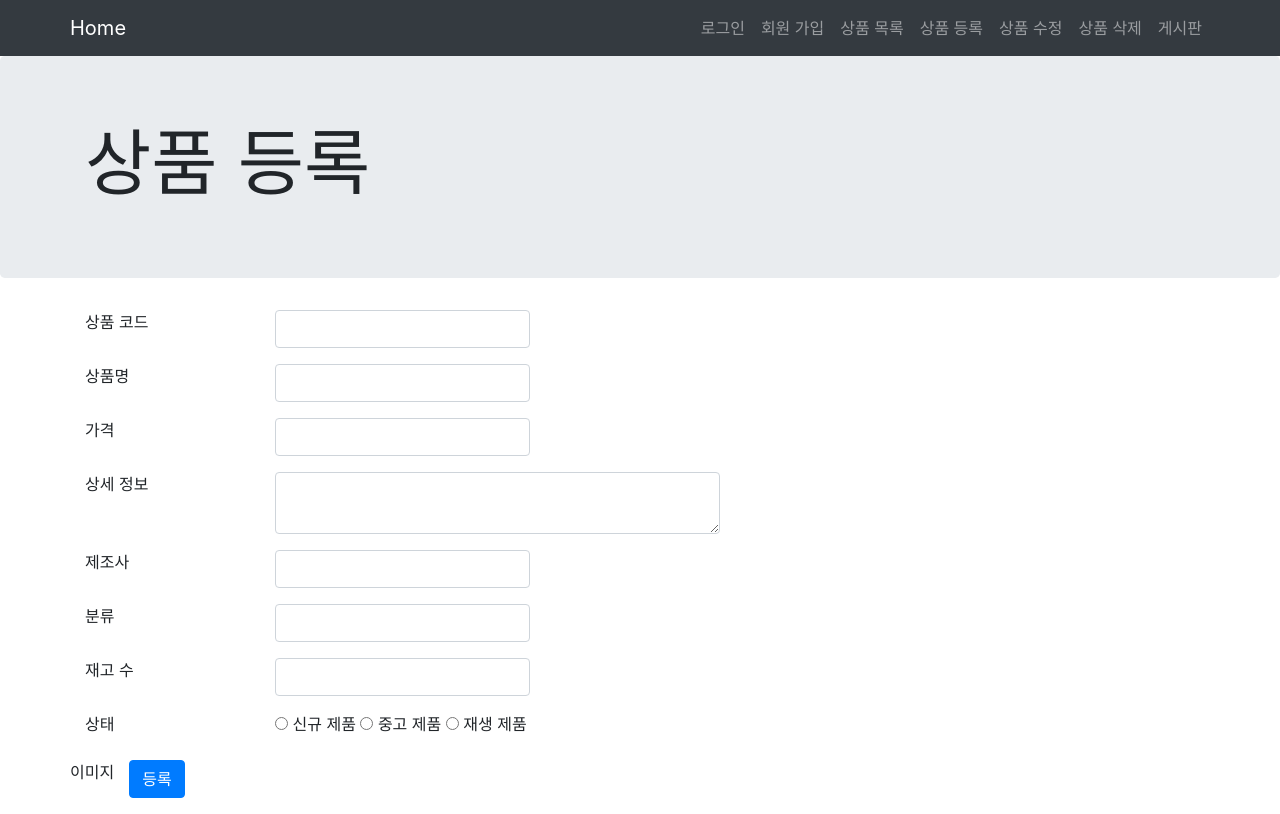
Repository: Pen-nek/Java_original
Page: http://localhost/WebMarket/addProduct.jsp
An editor plug-in stored every save of this project. The page is shown before and after a run of saves, followed by the edit.
The browser window is 1280 px wide. The pictures show the whole page.
The page is served by Tomcat 9. Nobody is signed in. The application's start-up code is not run. Other server files are loaded and not shown. The template is opened directly, without the code that normally fills it, so the values that code supplies are empty.

Above is the page before, as saved 2019-08-21 05:37:11.

### WebMarket/WebContent/addProduct.jsp
<%@ page contentType="text/html; charset=utf-8"%>
<html>
<head>
<link rel="stylesheet" href="https://maxcdn.bootstrapcdn.com/bootstrap/4.0.0/css/bootstrap.min.css">
<link rel="stylesheet" href="./resources/css/bootstrap.min.css"/>
<title>상품 등록</title>
</head>
<body>
	<jsp:include page="menu.jsp" />
	<div class="jumbotron">
		<div class="container">
			<h1 class="display-3">상품 등록</h1>
		</div>
	</div>
	<div class="container">
		<form name="newProduct" action="./processAddProduct.jsp" class="form-horizontal" method="post" enctype="multipart/form-data">
			<div class="form-group row">
				<label class="col-sm-2">상품 코드</label>
				<div class="col-sm-3">
					<input type="text" name="productId" class="form-control" >
				</div>
			</div>
			<div class="form-group row">
				<label class="col-sm-2">상품명</label>
				<div class="col-sm-3">
					<input type="text" name="name" class="form-control" >
				</div>
			</div>
			<div class="form-group row">
				<label class="col-sm-2">가격</label>
				<div class="col-sm-3">
					<input type="text" name="unitPrice" class="form-control" >
				</div>
			</div>
			<div class="form-group row">
				<label class="col-sm-2">상세 정보</label>
				<div class="col-sm-5">
					<textarea name="description" cols="50" rows="2" class="form-control"></textarea>
				</div>
			</div>
			<div class="form-group row">
				<label class="col-sm-2">제조사</label>
				<div class="col-sm-3">
					<input type="text" name="manufacturer" class="form-control">
				</div>
			</div>
			<div class="form-group row">
				<label class="col-sm-2">분류</label>
				<div class="col-sm-3">
					<input type="text" name="category" class="form-control" >
				</div>
			</div>
			<div class="form-group row">
				<label class="col-sm-2">재고 수</label>
				<div class="col-sm-3">
					<input type="text" name="unitsInStock" class="form-control" >
				</div>
			</div>
			<div class="form-group row">
				<label class="col-sm-2">상태</label>
				<div class="col-sm-5">
					<input type="radio" name="condition" value="New " > 신규 제품
					<input type="radio" name="condition" value="Old" > 중고 제품
					<input type="radio" name="condition" value="Refurbished" > 재생 제품
				</div>
			</div>
			<div class="form-group row">
				<label class="col-sm=2">이미지</label>
				<div class="col-sm-offset-2 col-sm-10 ">
					<input type="submit" class="btn btn-primary" value="등록" >
				</div>
			</div>
		</form>
	</div>
</body>
</html>

### WebMarket/WebContent/menu.jsp
<%@ page language="java" contentType="text/html; charset=UTF-8" pageEncoding="UTF-8"%>
<%@ taglib prefix="c" uri="http://java.sun.com/jsp/jstl/core"%>
<%
	String sessionId = (String) session.getAttribute("sessionId");
%>
<nav class="navbar navbar-expand  navbar-dark bg-dark">
	<div class="container">
		<div class="navbar-header">
			<a class="navbar-brand" href="./welcome.jsp">Home</a>
		</div>
		<div>
			<ul class="navbar-nav mr-auto">
				<c:choose>
					<c:when test="${empty sessionId}">
						<li class="nav-item"><a class="nav-link" href="<c:url value="/loginMember.jsp"/>">로그인 </a></li>
						<li class="nav-item"><a class="nav-link" href='<c:url value="/addMember.jsp"/>'>회원 가입</a></li>
					</c:when>
					<c:otherwise>
						<li style="padding-top: 7px; color: white">[<%=sessionId%>님]</li>
						<li class="nav-item"><a class="nav-link" href="<c:url value="/logoutMember.jsp"/>">로그아웃 </a></li>
						<li class="nav-item"><a class="nav-link" href="<c:url value="/updateMember.jsp"/>">회원 수정</a></li>
					</c:otherwise>
				</c:choose>
				<li class="nav-item"><a class="nav-link" href="<c:url value="/products.jsp"/>">상품 목록</a></li>
				<li class="nav-item"><a class="nav-link" href="<c:url value="/addProduct.jsp"/>">상품 등록</a></li>
				<li class="nav-item"><a class="nav-link" href="<c:url value="/editProduct.jsp?edit=update"/>">상품 수정</a></li>
				<li class="nav-item"><a class="nav-link" href="<c:url value="/editProduct.jsp?edit=delete"/>">상품 삭제</a></li>
				<li class="nav-item"><a class="nav-link" href="<c:url value="/BoardListAction.do?pageNum=1"/>">게시판</a></li>
			</ul>
		</div>
	</div>
</nav>

Loaded but not shown: WebMarket/WebContent/resources/css/bootstrap.min.css (library)

After the next 2 saves:
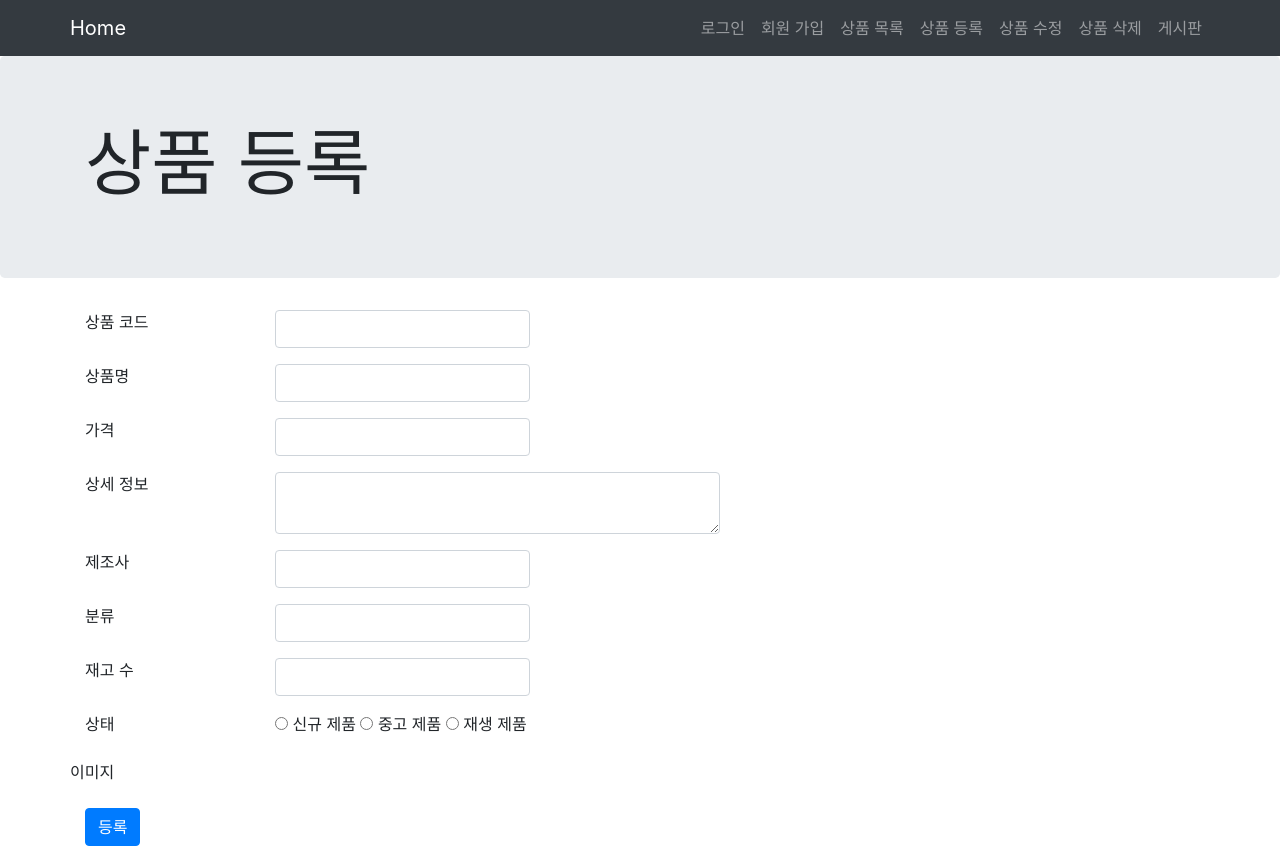
The 2 saves are shown as one change because they came seconds apart.
The last was saved 40 s later.
--- a/WebMarket/WebContent/addProduct.jsp
+++ b/WebMarket/WebContent/addProduct.jsp
@@ -66,6 +66,8 @@
 			</div>
 			<div class="form-group row">
 				<label class="col-sm=2">이미지</label>
+			</div>
+			<div class="form-group row">
 				<div class="col-sm-offset-2 col-sm-10 ">
 					<input type="submit" class="btn btn-primary" value="등록" >
 				</div>
